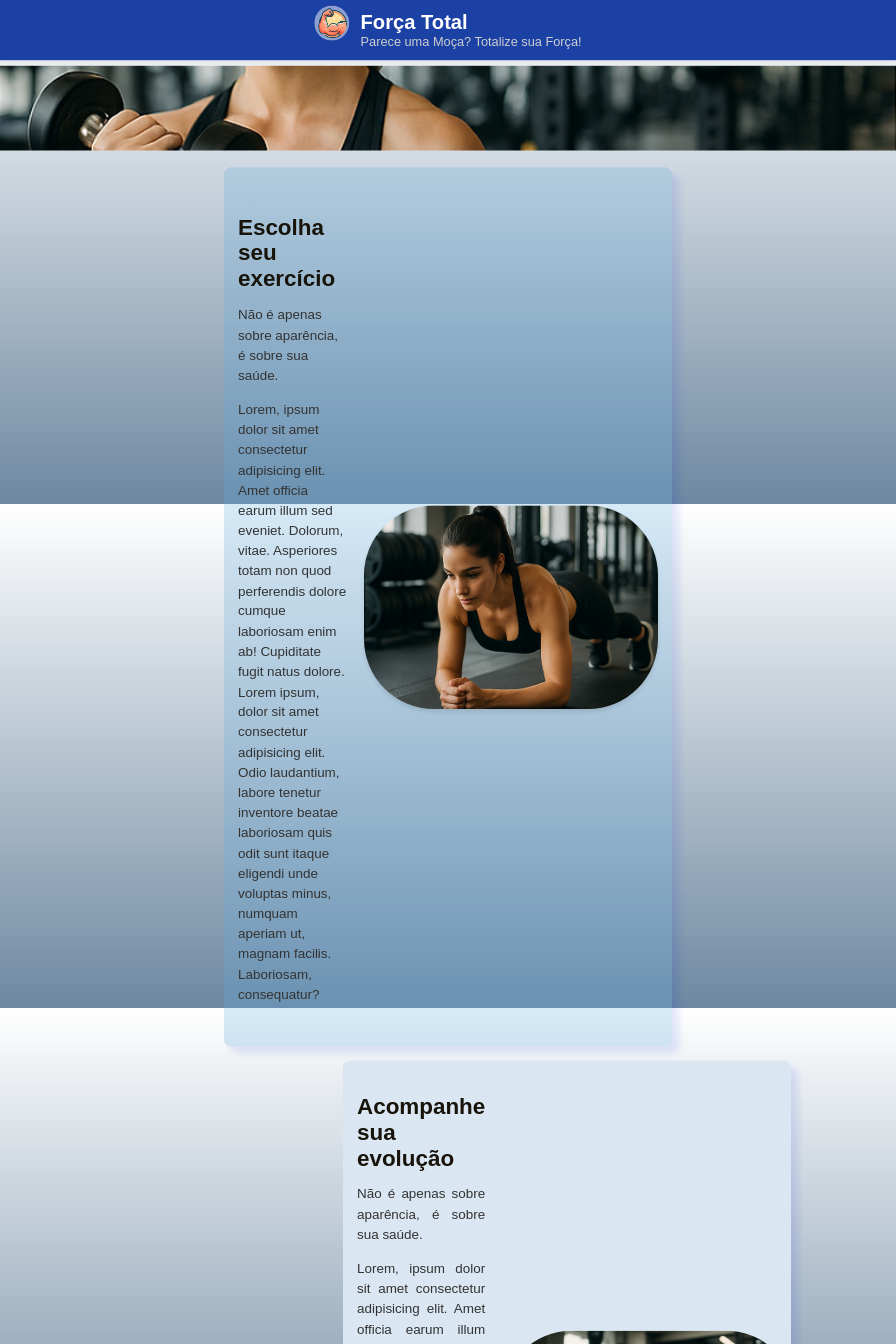
Repository: LuidyOn/Site_Forca_Total
Page: ForçaTotal/index.html
The author's editor kept a copy of each file at every save. The page is drawn from the files as they stood at one save, then again after the next save.
The browser window is 1280 px wide. The pictures show the part of the page from y = 0 to 1920 px (the page is 3984 px tall before and 3456 px after), at 70% of full size.
Backgrounds fixed to the window are drawn as part of the page.

Above is the page before, as saved 2025-05-19 14:17:11.
Not found: ForçaTotal/js/script.js

### ForçaTotal/index.html
<!DOCTYPE html>
<html lang="pt-br">

<head>
    <meta charset="UTF-8">
    <meta name="viewport" content="width=device-width, initial-scale=1.0">
    <title>Força Total</title>
    <link rel="stylesheet" href="css/style.css">
    <link rel="shortcut icon" href="img/icons/logo.ico" type="image/x-icon">
</head>

<body>
    <header style="display: flex; align-items: center; justify-content: center; gap: 16px; padding: 8px 0; position: fixed; top: 0; left: 0; width: 100%; background: #1c41a5; z-index: 1000; box-shadow: 0 2px 8px rgba(0,0,0,0.05);">
        <img src="img/logo.jpg" alt="Imagem logo" style="height: 50px; width: auto;">
        <div style="text-align: left;">
            <h1 style="margin: 0; font-size: 1.5em;">Força Total</h1>
            <p style="margin: 0; color: rgb(207, 207, 207); font-size: 0.95em;">Parece uma Moça? Totalize sua Força!</p>
        </div>
    </header>
    <div style="height: 74px;"></div>

<img src="img/bannerpeso.png" alt="mulher com peso" style="width: 100%; height: auto; margin-top: 20px;">

    <section class="variacao" style="display: flex; align-items: center; justify-content: space-between;">
        <div style="flex: 1;">
            <h2>Escolha seu exercício</h2>
            <p>Não é apenas sobre aparência, é sobre sua saúde.</p>
            <p>Lorem, ipsum dolor sit amet consectetur adipisicing elit. Amet officia earum illum sed eveniet. Dolorum, vitae. Asperiores totam non quod perferendis dolore cumque laboriosam enim ab! Cupiditate fugit natus dolore. Lorem ipsum, dolor sit amet consectetur adipisicing elit. Odio laudantium, labore tenetur inventore beatae laboriosam quis odit sunt itaque eligendi unde voluptas minus, numquam aperiam ut, magnam facilis. Laboriosam, consequatur?</p>
        </div>
        <img src="img/prancha.png" alt="Exercício" style="width: 420px; height: auto; border-radius: 100px; margin-left: 24px;">
    </section>
    <section style="background-color: #dae6f1; padding: 20px; text-align: justify; margin-right: 150px; display: flex; align-items: center; justify-content: space-between;">
        <div style="flex: 1;">
            <h2>Acompanhe sua evolução</h2>
            <p>Não é apenas sobre aparência, é sobre sua saúde.</p>
            <p>Lorem, ipsum dolor sit amet consectetur adipisicing elit. Amet officia earum illum sed eveniet. Dolorum, vitae. Asperiores totam non quod perferendis dolore cumque laboriosam enim ab! Cupiditate fugit natus dolore. Lorem ipsum, dolor sit amet consectetur adipisicing elit. Odio laudantium, labore tenetur inventore beatae laboriosam quis odit sunt itaque eligendi unde voluptas minus, numquam aperiam ut, magnam facilis. Laboriosam, consequatur?</p>
        </div>
        <img src="img/agachamento.png" alt="Exercício" style="width: 420px; height: auto; border-radius: 100px; margin-left: 24px;">
    </section>

    <section class="variacao" style=" padding: 20px; text-align: justify; margin-left: 150px; display: flex; align-items: center; justify-content: space-between;">
        <div style="flex: 1;">
            <h2>Melhore sua saúde</h2>
            <p>Não é a penas sobre aparência, é sobre sua saúde.</p>
            <p>Lorem, ipsum dolor sit amet consectetur adipisicing elit. Amet officia earum illum sed eveniet. Dolorum, vitae. Asperiores totam non quod perferendis dolore cumque laboriosam enim ab! Cupiditate fugit natus dolore. Lorem ipsum, dolor sit amet consectetur adipisicing elit. Odio laudantium, labore tenetur inventore beatae laboriosam quis odit sunt itaque eligendi unde voluptas minus, numquam aperiam ut, magnam facilis. Laboriosam, consequatur?</p>
        </div>
        <img src="img/peso.png" alt="Exercício" style="width: 420px; height: auto; border-radius: 100px; margin-left: 24px;">
    </section>

    <section style=" background-color: #1c41a5; padding: 10px; text-align: justify; height: 150px; padding: 1px 20px;  border-radius: 1000px;">
  <h3 style="text-align: left;">
    <span>
    <a href="index.html"><button id="botao">Voltar ao topo</button></a>
    </span>
    <span style="float: right;">
      <a href="paginas/sobrenos.html"><button>Sobre nós</button></a>
      <a href="paginas/sobrecss.html"><button>Sobre CSS</button></a>
      <a href="paginas/sobreHTML.html"><button>Sobre HTML</button></a>
    </span>
  </h3>

  </section>

    <script src="js/script.js"></script>
</body>
</html>

### ForçaTotal/css/style.css
/* Resetando algumas margens e paddings padrão */
@charset "UTF-8";

* {
  margin: 100;
  padding: 0;
  box-sizing: border-box;

}

body {
  font-family: 'Arial', sans-serif;
  text-align: left;
  background-image: linear-gradient(to bottom, #ffffff, #6d88a1);
  background-attachment: fixed;
  margin: 0;
  padding: 0;
  color: #333;
  width: 100vw;
  min-height: 100vh;
}

header {
  display: flex;
  align-items: center;
  justify-content: center;
  gap: 16px;
  position: fixed;
  top: -20px;
  left: 0;
  width: 100%;
  background: #10315e;
  z-index: 1000;
  box-shadow: 0 2px 8px rgba(0,0,0,0.05);
  background-color: #0a2a83;
  color: white;
  text-align: center;
  padding: 20px;
  font-size: 1.2rem;
}

header img {
  width: 150px;
  margin-bottom: 20px;
  border-radius: 50%;
}

h1 {
  font-size: 2.5rem;
  margin-bottom: 10px;
  font-weight: bold;
}

h2 {
  font-size: 2rem;
  margin-bottom: 10px;
  font-weight: bold;
}

h3 {
  font-size: 1.8rem;
  margin-bottom: 10px;
  font-weight: 300;
  text-align: center;
}

h4 {
  font-size: 1.5rem;
  margin-bottom: 10px;
  font-weight: 300;
  margin-left: 10px;
}

h5 {
  font-size: 1.3rem;
  margin-bottom: 10px;
  font-weight: 300;
  margin-left: 20px;
}

ul {
  padding: 0;
  margin-left: 100px;
}
ol {
  list-style-type: decimal;
  margin: 0;
}

p {
  font-size: 1.2rem;
  font-weight: 300;
}

section {
  padding: 40px 20px;
  background-color: #dae6f1;
  margin: 20px 0;
  border-radius: 10px;
  box-shadow: 10px 10px 10px rgba(0, 42, 228, 0.1);
  width: 50%;
  margin-left: auto;
  margin-right: auto;
  display: block;
  align-items: center;
  justify-content: space-between;
}

.variacao {
  background-color: rgba(99, 173, 219, 0.262);

}

section h2 {
  font-size: 2rem;
  margin-bottom: 10px;
  color: rgb(24, 20, 11);
}

section p {
  font-size: 1.2rem;
  line-height: 1.5;
  margin-bottom: 20px;
}

section img {
  width: 25%;
  max-width: 600px;
  border-radius: 10px;
  box-shadow: 0px 4px 6px rgba(0, 0, 0, 0.1);
  margin-left: px;
}

button {
  padding: 12px 30px;
  font-size: 1.2rem;
  background-color: #000000;
  color: white;
  border: none;
  border-radius: 10px;
  cursor: pointer;
  transition: background-color 0.3s ease, transform 0.2s ease;
  margin-top: 20px;
  margin-left: 10px;
  margin-right: 10px;
  box-shadow: 10px 5px 1px rgba(0, 0, 0, 0.1);

}

button:hover {
  background-color: #325f90;
  transform: translateY(-2px);
}

button:active {
  transform: translateY(0);
}

footer {
  background-color: #222;
  color: white;
  padding: 20px;
  font-size: 1rem;
  text-align: center;
  margin-top: 40px;
  left: 0;
  bottom: 0;
  width: 100vw;
  z-index: 100;
}

footer p {
  font-weight: 300;
  margin-left: -1000px;

}

@media screen and (max-width: 768px) {
  header h1 {
      font-size: 2rem;
  }

  section h2 {
      font-size: 1.8rem;
  }

  button {
      padding: 10px 25px;
  }
}

After the next save:
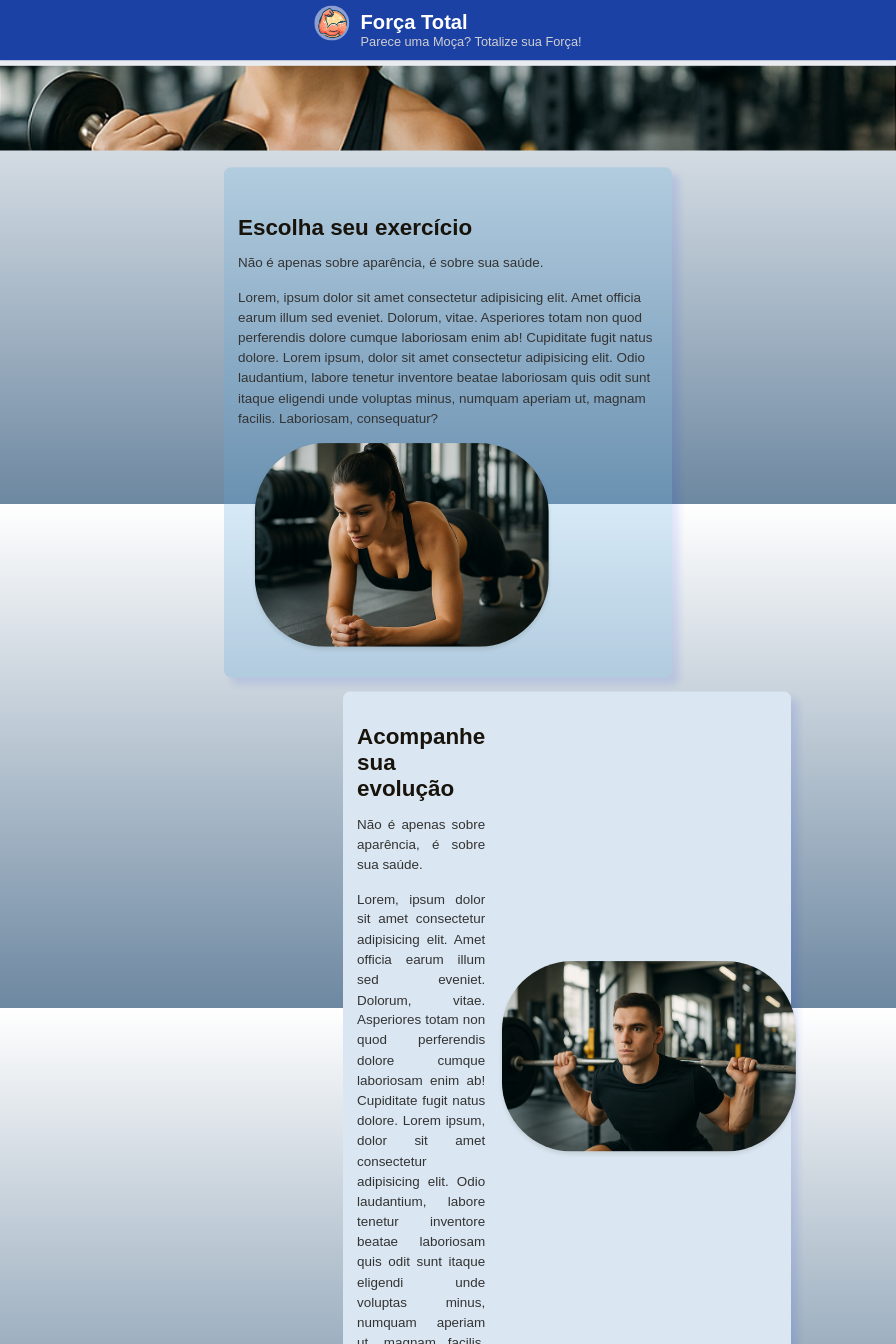
Saved 4 s later.
--- a/ForçaTotal/index.html
+++ b/ForçaTotal/index.html
@@ -21,7 +21,7 @@
 
 <img src="img/bannerpeso.png" alt="mulher com peso" style="width: 100%; height: auto; margin-top: 20px;">
 
-    <section class="variacao" style="display: flex; align-items: center; justify-content: space-between;">
+    <section class="variacao" style=" align-items: center; justify-content: space-between;">
         <div style="flex: 1;">
             <h2>Escolha seu exercício</h2>
             <p>Não é apenas sobre aparência, é sobre sua saúde.</p>

After the save that followed:
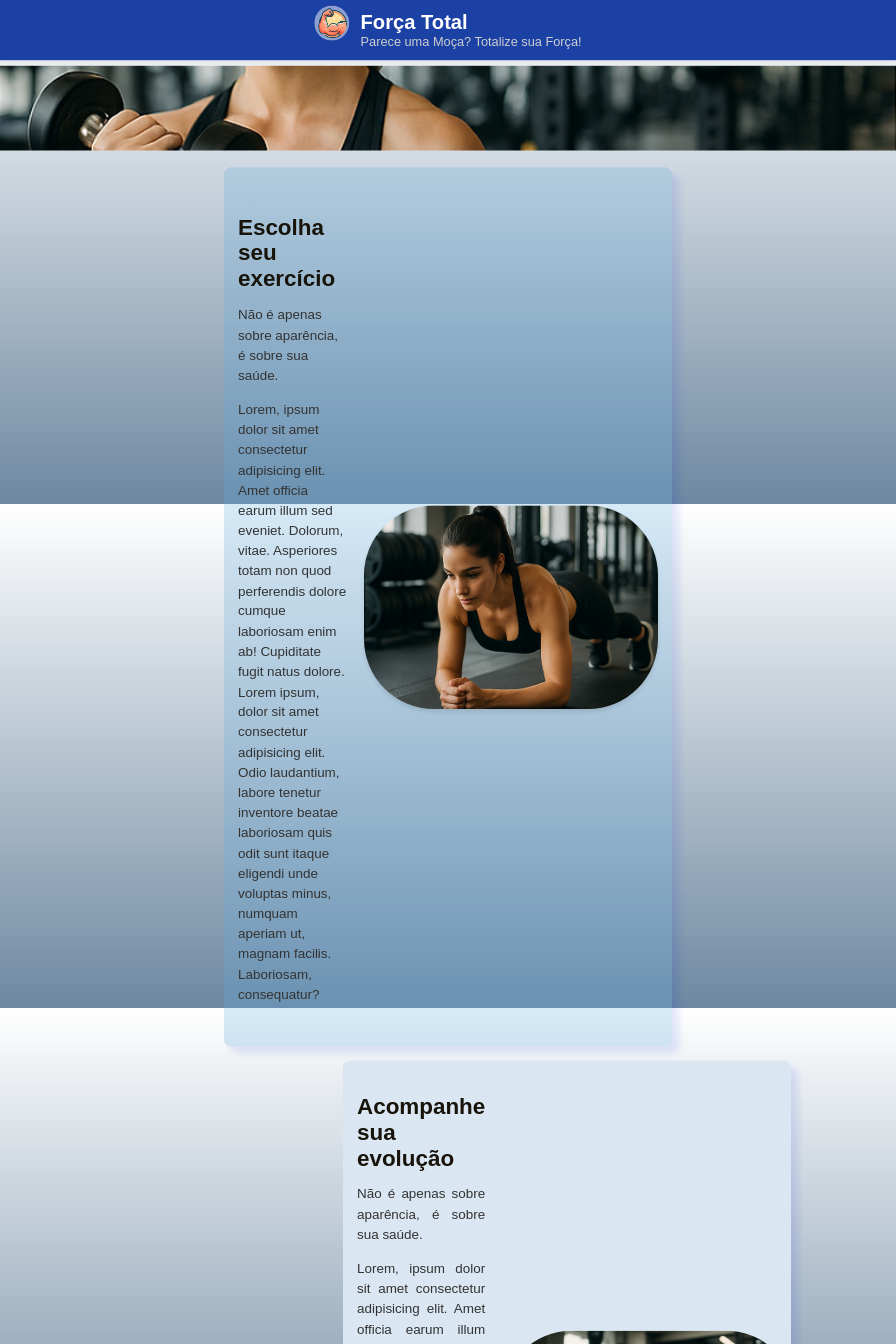
Saved 7 s later.
--- a/ForçaTotal/index.html
+++ b/ForçaTotal/index.html
@@ -21,7 +21,7 @@
 
 <img src="img/bannerpeso.png" alt="mulher com peso" style="width: 100%; height: auto; margin-top: 20px;">
 
-    <section class="variacao" style=" align-items: center; justify-content: space-between;">
+    <section class="variacao" style="display: flex; align-items: center; justify-content: space-between;">
         <div style="flex: 1;">
             <h2>Escolha seu exercício</h2>
             <p>Não é apenas sobre aparência, é sobre sua saúde.</p>
